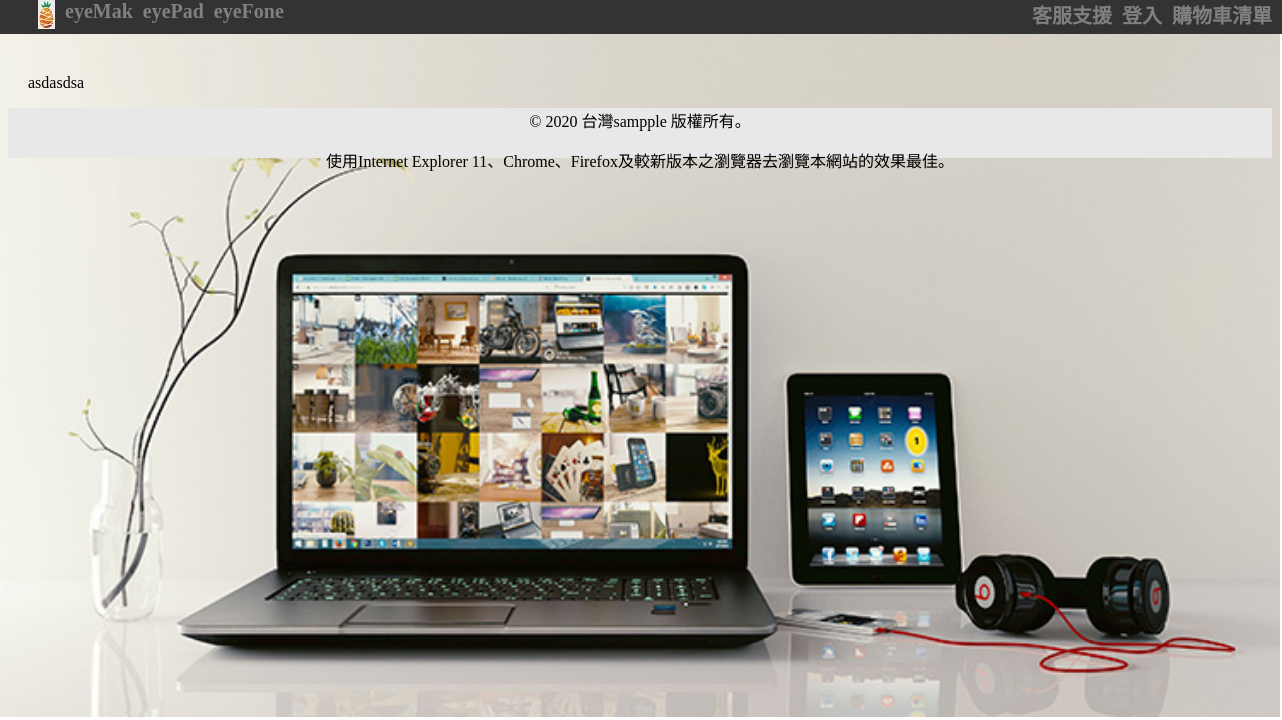
Repository: Vincent4142/NewFinalProject
Page: http://localhost/FinalProject/
These files come from the project's save history. The page is drawn as it stood at one moment and after the next save; the edit follows.
The browser window is 1280 px wide. The page is 1282 px wide, so the pictures cover 1282 px, including what lies to the right of the window. The pictures show the whole page.
The page is served by Tomcat 9.

Above is the page before, as saved 2020-04-09 06:03:55.

After the next save:
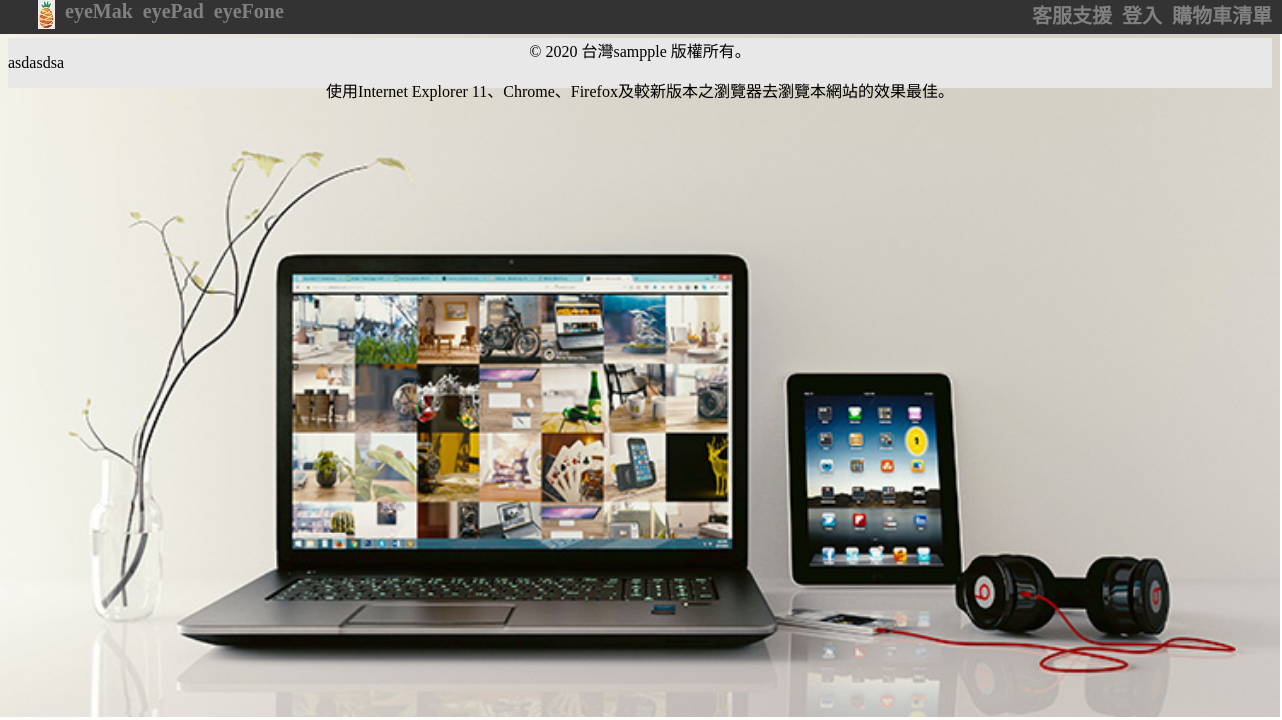
Saved 2 min 52 s later.
--- a/FinalProject/WebContent/index.jsp
+++ b/FinalProject/WebContent/index.jsp
@@ -13,14 +13,7 @@
 	background-size: cover;
 }
 
-.content {
-	min-height: 100%;
-}
 
-.content-inside {
-	padding: 20px;
-	padding-bottom: 50px;
-}
 </style>
 </head>
 <body>
@@ -28,11 +21,10 @@
 	<%@ include file="fragment/indexTOP.jsp"%>
 
 
-	<div class="content">
-		<div class="content-inside">asdasdsa</div>
+	asdasdsa
 
 
-	</div>
+
 
 	<%@ include file="fragment/indexBOTTOM.jsp"%>
 </body>
